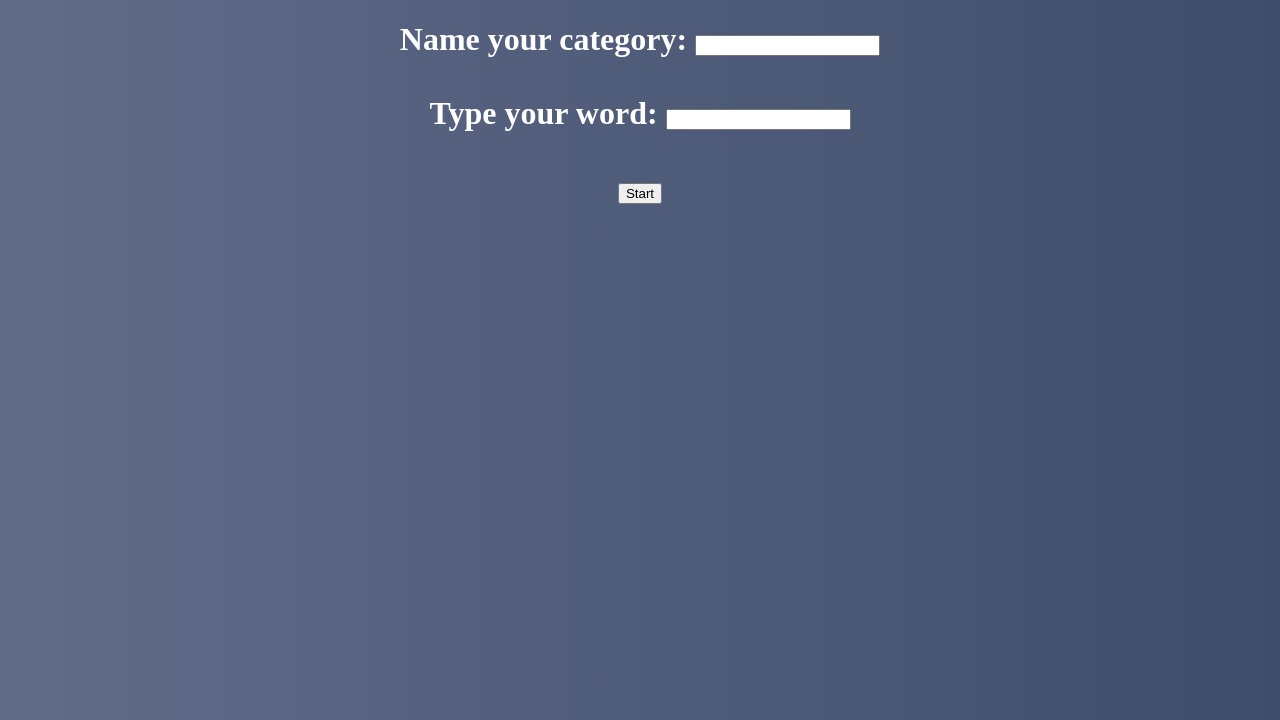
Repository: Darkingfired/Game
Page: index.html
These files come from the project's save history. The page is drawn as it stood at one moment and after a run of saves; the edit follows.
The browser window is 1280 px wide. The pictures show the whole page.

Above is the page before, as saved 2022-09-04 14:57:32.
Console error: ReferenceError: readLine is not defined

### index.html
<!DOCTYPE html>
<html lang="en">
  <head>
    <title>Hangman Game</title>
    <meta charset="UTF-8" />
    <meta http-equiv="X-UA-Compatible" content="IE=edge" />
    <meta name="viewport" content="width=device-width, initial-scale=1.0" />
    <link rel="stylesheet" href="style.css" />
    <script defer src="script.js"></script>
  </head>
  <body>
    <h1>
    <form action="https://github.com/Darkingfired" method="get">
      <label for="fname">Name your category:</label>
      <input type="text" id="fname" name="fname"><br><br>
      <label for="lname">Type your word:</label>
      <input type="text" id="lname" name="lname"><br><br>
      <input type="submit" value="Start">
    </form>
    <!-- <button class="button button4"><a>click here</a></button> -->
  </body>
</html>

### style.css
body {
  /** background-image: linear-gradient(to right, #f46b45, #eea849); */
  background-image: linear-gradient(to right, #606c88, #3f4c6b);
  color: white;
  text-align: center;
}
.wrapper {
  width: fit-content;
  margin: auto;
}
.hint-div {
  display: flex;
  color: chartreuse;
}
.hint-button,
.reset-button,
.notification-button {
  cursor: pointer;
}
.reset-button {
  margin-left: auto;
}
.alpha {
  width: 2rem;
  height: 2rem;
  background: #ffe5b4;
  border: none;
  border-radius: 4px;
  margin: 3px;
  cursor: pointer;
}
.alpha:hover {
  background-color: #e75480;
  border: none;
}
.disabled {
  pointer-events: none;
  background-color: darkgray;
}

.word-div {
  display: inline-flex;
}
.word {
  margin-right: 1.5rem;
}
.notification {
  position: absolute;
  top: 50%;
  left: 50%;
  transform: translate(-50%, -50%);
  background: #fc6c85;
  width: 20rem;
  padding: 20px 10px;
  border-radius: 4px;
  box-shadow: 3px 3px 1px 1px rgba(0, 0, 0, 0.2);
}
.blur {
  filter: blur(2px);
}
.hidden {
  display: none;
}

### script.js
// import React from 'react';


var input_user;
readLine(prompt);

After the next 3 saves:
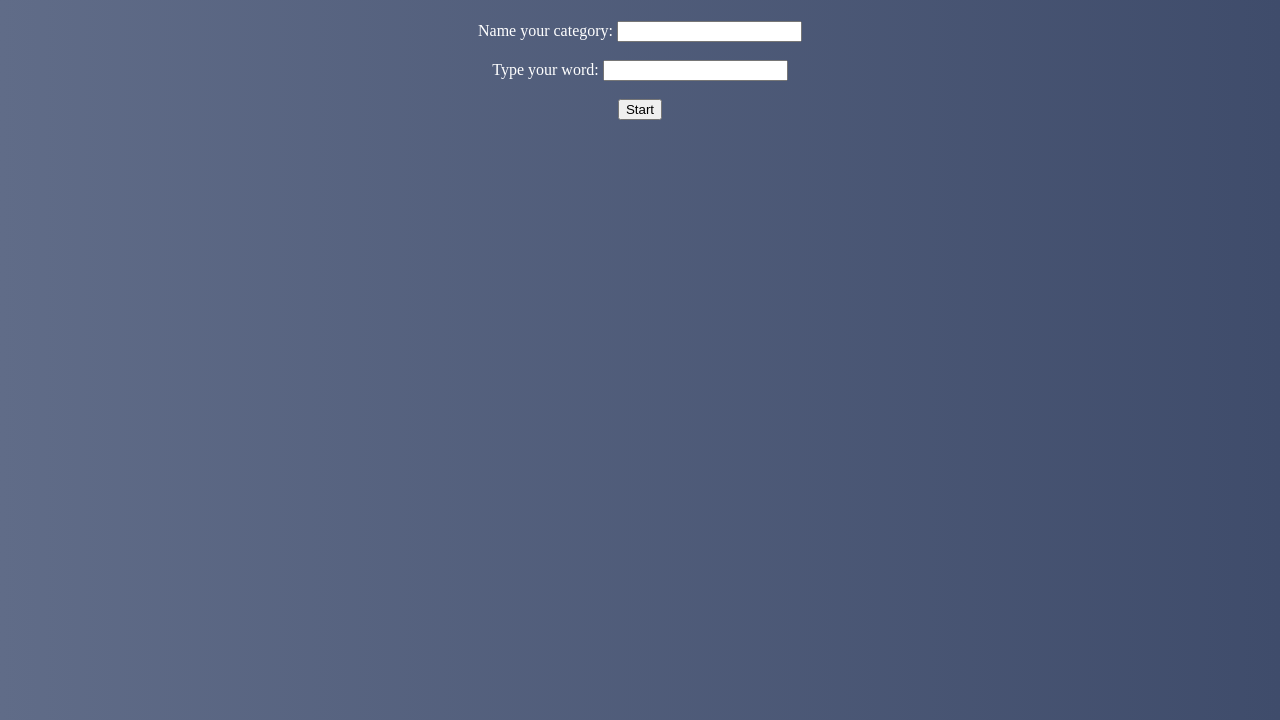
The 3 saves are shown as one change because they came seconds apart.
The last was saved 9 s later.
--- a/index.html
+++ b/index.html
@@ -9,7 +9,7 @@
     <script defer src="script.js"></script>
   </head>
   <body>
-    <h1>
+    <h1></h1>
     <form action="https://github.com/Darkingfired" method="get">
       <label for="fname">Name your category:</label>
       <input type="text" id="fname" name="fname"><br><br>
